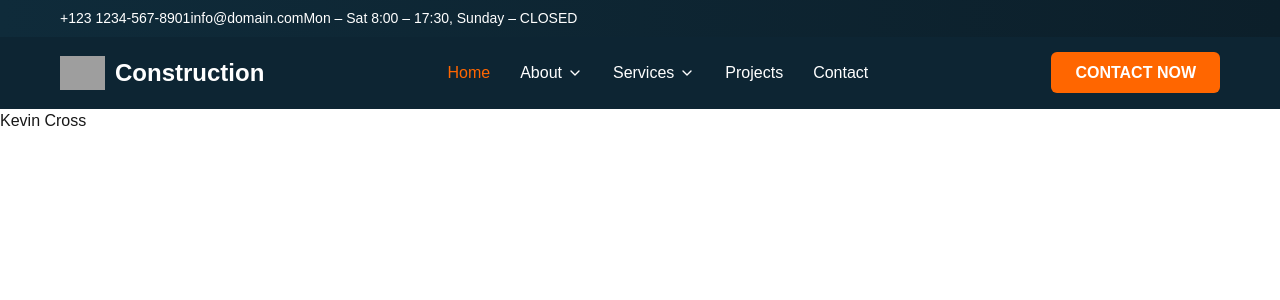
Repository: KC-Minchakpu/promise-earth
Page: /
These files come from the project's save history. The page is drawn as it stood at one moment and after the next save; the edit follows.
The browser window is 1280 px wide. The pictures show the whole page.
Pictures or frames that could not be fetched are drawn as grey boxes. The project was rebuilt for these pictures with package versions that can differ from the ones it lists, and the page was loaded fresh each time. The framework's server and built-in components were replaced by stand-ins that run in the browser. Also part of the build but not shown: next.config.ts.

Above is the page before, as saved 2026-02-26 11:50:57.

### src/app/layout.tsx
import type { Metadata } from "next";
import { Play, Poppins } from "next/font/google";
import "./globals.css";
import Header from "@/components/Header/Header";

const play = Play({
  variable: "--font-play",
  subsets: ["latin"],
  weight: ["400", "700"],
});

const poppins = Poppins({
  variable: "--font-poppins",
  subsets: ["latin"],
  weight: ["300", "400", "500", "600", "700"],
});

export const metadata: Metadata = {
  title: "Create Next App",
  description: "Generated by create next app",
};

export default function RootLayout({
  children,
}: Readonly<{
  children: React.ReactNode;
}>) {
  return (
    <html lang="en">
      <body
        className={`${play.variable} ${poppins.variable} antialiased`}
      >
        <Header />
        {children}
      </body>
    </html>
  );
}

### src/app/page.tsx


export default function Home() {
  return (
   <>
    <h1>Kevin Cross</h1>
    </>
  );
}

### src/app/globals.css
@import "tailwindcss";

:root {
  --background: #ffffff;
  --foreground: #171717;
}


@media (prefers-color-scheme: dark) {
  :root {
    --background: #0a0a0a;
    --foreground: #ededed;
  }
}

body {
  background: var(--background);
  color: var(--foreground);
  font-family: Arial, Helvetica, sans-serif;
}

### src/components/Header/Header.tsx
"use client";

import { useState, useEffect } from "react";
import { usePathname } from "next/navigation";
import Link from "next/link";
import Image from "next/image";
import styles from "./Header.module.css";
import { ChevronDown, Menu, X } from "lucide-react";

const Header = () => {
  const pathname = usePathname();
  const [mobileOpen, setMobileOpen] = useState(false);
  const [scrolled, setScrolled] = useState(false);

  /* Sticky Scroll */
  useEffect(() => {
    const handleScroll = () => {
      setScrolled(window.scrollY > 20);
    };

    window.addEventListener("scroll", handleScroll);
    return () => window.removeEventListener("scroll", handleScroll);
  }, []);

  /* Active Link*/
  const isActive = (path: string) => pathname === path;

  return (
    <header
      className={`${styles.header} ${scrolled ? styles.scrolled : ""}`}
    >
      {/* TOP BAR */}
      <div className={styles.topBar}>
        <div className={styles.topContainer}>
          <div className={styles.topLeft}>
            <span>+123 1234-567-8901</span>
            <span>info@domain.com</span>
            <span>Mon – Sat 8:00 – 17:30, Sunday – CLOSED</span>
          </div>
        </div>
      </div>

      {/* NAVBAR */}
      <div className={styles.navbar}>
        <div className={styles.navContainer}>
          {/* LOGO */}
          <Link href="/" className={styles.logo}>
            <Image
              src="/logo.png"
              alt="Construction Logo"
              width={45}
              height={45}
              priority
            />
            <span>Construction</span>
          </Link>

          {/* NAVIGATION */}
          <nav
            className={`${styles.navLinks} ${
              mobileOpen ? styles.show : ""
            }`}
          >
            <Link
              href="/"
              className={isActive("/") ? styles.active : ""}
            >
              Home
            </Link>

            {/* ABOUT DROPDOWN */}
            <div className={styles.dropdown}>
              <button
                className={`${styles.dropBtn} ${
                  pathname.startsWith("/promise-earth") ||
                  pathname.startsWith("/emmanuel-benjamin") ||
                  pathname.startsWith("/our-team")
                    ? styles.active
                    : ""
                }`}
              >
                About <ChevronDown size={16} />
              </button>

              <div className={styles.dropdownMenu}>
                <Link href="/promise-earth">Promise Earth</Link>
                <Link href="/emmanuel-benjamin">
                  Emmanuel K. Benjamin
                </Link>
                <Link href="/our-team">Our Team</Link>
              </div>
            </div>

            {/* SERVICES DROPDOWN */}
            <div className={styles.dropdown}>
              <button
                className={`${styles.dropBtn} ${
                  pathname.startsWith("/mining") ||
                  pathname.startsWith("/quarry") ||
                  pathname.startsWith("/construction") ||
                  pathname.startsWith("/excavation") ||
                  pathname.startsWith("/sandstones")
                    ? styles.active
                    : ""
                }`}
              >
                Services <ChevronDown size={16} />
              </button>

              <div className={styles.dropdownMenu}>
                <Link href="/mining">Mining</Link>
                <Link href="/quarry">Quarry</Link>
                <Link href="/construction">Construction</Link>
                <Link href="/excavation">Excavation</Link>
                <Link href="/sandstones">Sandstones</Link>
              </div>
            </div>

            <Link
              href="/projects"
              className={isActive("/projects") ? styles.active : ""}
            >
              Projects
            </Link>

            <Link
              href="/contact"
              className={isActive("/contact") ? styles.active : ""}
            >
              Contact
            </Link>
          </nav>

          {/* CTA */}
          <div className={styles.cta}>
            <Link href="/contact">CONTACT NOW</Link>
          </div>

          {/* MOBILE TOGGLE */}
          <div
            className={styles.mobileToggle}
            onClick={() => setMobileOpen(!mobileOpen)}
          >
            {mobileOpen ? <X size={24} /> : <Menu size={24} />}
          </div>
        </div>
      </div>
    </header>
  );
};

export default Header;

### src/components/Header/Header.module.css
.header {
  position: sticky;
  top: 0;
  z-index: 9999;
  transition: all 0.3s ease;
}

.scrolled {
  box-shadow: 0 6px 20px rgba(0, 0, 0, 0.15);
}

/* TOP BAR */
.topBar {
  background: linear-gradient(to right, #0f2b3a, #0c1f2a);
  color: #ffffff;
  font-size: 14px;
}

.topContainer {
  max-width: 1200px;
  margin: auto;
  padding: 8px 20px;
}

/* NAVBAR */
.navbar {
  background: #0d2533;
  color: white;
}

.navContainer {
  max-width: 1200px;
  margin: auto;
  padding: 18px 20px;
  display: flex;
  align-items: center;
  justify-content: space-between;
}

/* LOGO */
.logo {
  display: flex;
  align-items: center;
  gap: 10px;
  font-size: 24px;
  font-weight: bold;
  text-decoration: none;
  color: white;
}

/* NAV LINKS */
.navLinks {
  display: flex;
  align-items: center;
  gap: 30px;
}

.navLinks a {
  color: white;
  text-decoration: none;
  font-weight: 500;
  transition: color 0.3s ease;
}

.navLinks a:hover {
  color: #ff6600;
}

.active {
  color: #ff6600 !important;
}

/* DROPDOWN  */
.dropdown {
  position: relative;
}

.dropBtn {
  background: none;
  border: none;
  color: white;
  font-weight: 500;
  display: flex;
  align-items: center;
  gap: 5px;
  cursor: pointer;
  transition: color 0.3s ease;
}

.dropBtn:hover {
  color: #ff6600;
}

.dropdownMenu {
  position: absolute;
  top: 45px;
  left: 0;
  background: #0d2533;
  min-width: 220px;
  border-radius: 6px;
  box-shadow: 0 10px 25px rgba(0, 0, 0, 0.15);
  opacity: 0;
  transform: translateY(10px);
  pointer-events: none;
  transition: all 0.3s ease;
}

.dropdown:hover .dropdownMenu {
  opacity: 1;
  transform: translateY(0);
  pointer-events: auto;
}

.dropdownMenu a {
  display: block;
  padding: 12px 18px;
  color: #ffffff;
  text-decoration: none;
  transition: background 0.3s ease;
}

.dropdownMenu a:hover {
   color: #ff6600;
}

/* CTA  */
.cta a {
  background: #ff6600;
  padding: 12px 24px;
  border-radius: 6px;
  color: white;
  text-decoration: none;
  font-weight: bold;
  transition: all 0.3s ease;
}

.cta a:hover {
  background: #e65c00;
  transform: translateY(-2px);
}

/*  MOBILE  */
.mobileToggle {
  display: none;
  cursor: pointer;
}

@media (max-width: 992px) {
  .navLinks {
    position: absolute;
    top: 80px;
    left: 0;
    width: 100%;
    background: #0d2533;
    flex-direction: column;
    padding: 20px;
    display: none;
  }

  .show {
    display: flex;
  }

  .cta {
    display: none;
  }

  .mobileToggle {
    display: block;
  }

  .dropdownMenu {
    position: relative;
    top: 0;
    box-shadow: none;
    opacity: 1;
    transform: none;
    pointer-events: auto;
    background: #112f40;
  }

  .dropdownMenu a {
    color: white;
  }
}

After the next save:
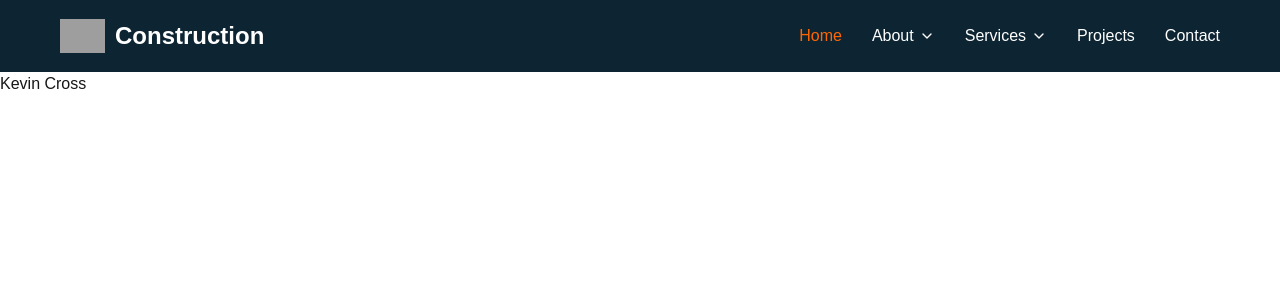
Saved 4 min 35 s later.
--- a/src/components/Header/Header.tsx
+++ b/src/components/Header/Header.tsx
@@ -1,6 +1,6 @@
 "use client";
 
-import { useState, useEffect } from "react";
+import { useState, useEffect, useRef } from "react";
 import { usePathname } from "next/navigation";
 import Link from "next/link";
 import Image from "next/image";
@@ -9,10 +9,17 @@ import { ChevronDown, Menu, X } from "lucide-react";
 
 const Header = () => {
   const pathname = usePathname();
+
   const [mobileOpen, setMobileOpen] = useState(false);
   const [scrolled, setScrolled] = useState(false);
+  const [aboutOpen, setAboutOpen] = useState(false);
+  const [servicesOpen, setServicesOpen] = useState(false);
 
-  /* Sticky Scroll */
+  // ✅ Proper timeout refs
+  const aboutTimeoutRef = useRef<NodeJS.Timeout | null>(null);
+  const servicesTimeoutRef = useRef<NodeJS.Timeout | null>(null);
+
+  /* ================= Sticky Scroll ================= */
   useEffect(() => {
     const handleScroll = () => {
       setScrolled(window.scrollY > 20);
@@ -22,27 +29,13 @@ const Header = () => {
     return () => window.removeEventListener("scroll", handleScroll);
   }, []);
 
-  /* Active Link*/
   const isActive = (path: string) => pathname === path;
 
   return (
-    <header
-      className={`${styles.header} ${scrolled ? styles.scrolled : ""}`}
-    >
-      {/* TOP BAR */}
-      <div className={styles.topBar}>
-        <div className={styles.topContainer}>
-          <div className={styles.topLeft}>
-            <span>+123 1234-567-8901</span>
-            <span>info@domain.com</span>
-            <span>Mon – Sat 8:00 – 17:30, Sunday – CLOSED</span>
-          </div>
-        </div>
-      </div>
-
-      {/* NAVBAR */}
+    <header className={`${styles.header} ${scrolled ? styles.scrolled : ""}`}>
       <div className={styles.navbar}>
         <div className={styles.navContainer}>
+
           {/* LOGO */}
           <Link href="/" className={styles.logo}>
             <Image
@@ -55,12 +48,7 @@ const Header = () => {
             <span>Construction</span>
           </Link>
 
-          {/* NAVIGATION */}
-          <nav
-            className={`${styles.navLinks} ${
-              mobileOpen ? styles.show : ""
-            }`}
-          >
+          <nav className={styles.navLinks}>
             <Link
               href="/"
               className={isActive("/") ? styles.active : ""}
@@ -68,21 +56,30 @@ const Header = () => {
               Home
             </Link>
 
-            {/* ABOUT DROPDOWN */}
-            <div className={styles.dropdown}>
-              <button
-                className={`${styles.dropBtn} ${
-                  pathname.startsWith("/promise-earth") ||
-                  pathname.startsWith("/emmanuel-benjamin") ||
-                  pathname.startsWith("/our-team")
-                    ? styles.active
-                    : ""
-                }`}
-              >
+            {/* ================= ABOUT ================= */}
+            <div
+              className={styles.dropdown}
+              onMouseEnter={() => {
+                if (aboutTimeoutRef.current) {
+                  clearTimeout(aboutTimeoutRef.current);
+                }
+                setAboutOpen(true);
+              }}
+              onMouseLeave={() => {
+                aboutTimeoutRef.current = setTimeout(() => {
+                  setAboutOpen(false);
+                }, 150);
+              }}
+            >
+              <button className={styles.dropBtn}>
                 About <ChevronDown size={16} />
               </button>
 
-              <div className={styles.dropdownMenu}>
+              <div
+                className={`${styles.dropdownMenu} ${
+                  aboutOpen ? styles.showDropdown : ""
+                }`}
+              >
                 <Link href="/promise-earth">Promise Earth</Link>
                 <Link href="/emmanuel-benjamin">
                   Emmanuel K. Benjamin
@@ -91,23 +88,30 @@ const Header = () => {
               </div>
             </div>
 
-            {/* SERVICES DROPDOWN */}
-            <div className={styles.dropdown}>
-              <button
-                className={`${styles.dropBtn} ${
-                  pathname.startsWith("/mining") ||
-                  pathname.startsWith("/quarry") ||
-                  pathname.startsWith("/construction") ||
-                  pathname.startsWith("/excavation") ||
-                  pathname.startsWith("/sandstones")
-                    ? styles.active
-                    : ""
-                }`}
-              >
+            {/* ================= SERVICES ================= */}
+            <div
+              className={styles.dropdown}
+              onMouseEnter={() => {
+                if (servicesTimeoutRef.current) {
+                  clearTimeout(servicesTimeoutRef.current);
+                }
+                setServicesOpen(true);
+              }}
+              onMouseLeave={() => {
+                servicesTimeoutRef.current = setTimeout(() => {
+                  setServicesOpen(false);
+                }, 150);
+              }}
+            >
+              <button className={styles.dropBtn}>
                 Services <ChevronDown size={16} />
               </button>
 
-              <div className={styles.dropdownMenu}>
+              <div
+                className={`${styles.dropdownMenu} ${
+                  servicesOpen ? styles.showDropdown : ""
+                }`}
+              >
                 <Link href="/mining">Mining</Link>
                 <Link href="/quarry">Quarry</Link>
                 <Link href="/construction">Construction</Link>
@@ -131,12 +135,6 @@ const Header = () => {
             </Link>
           </nav>
 
-          {/* CTA */}
-          <div className={styles.cta}>
-            <Link href="/contact">CONTACT NOW</Link>
-          </div>
-
-          {/* MOBILE TOGGLE */}
           <div
             className={styles.mobileToggle}
             onClick={() => setMobileOpen(!mobileOpen)}
